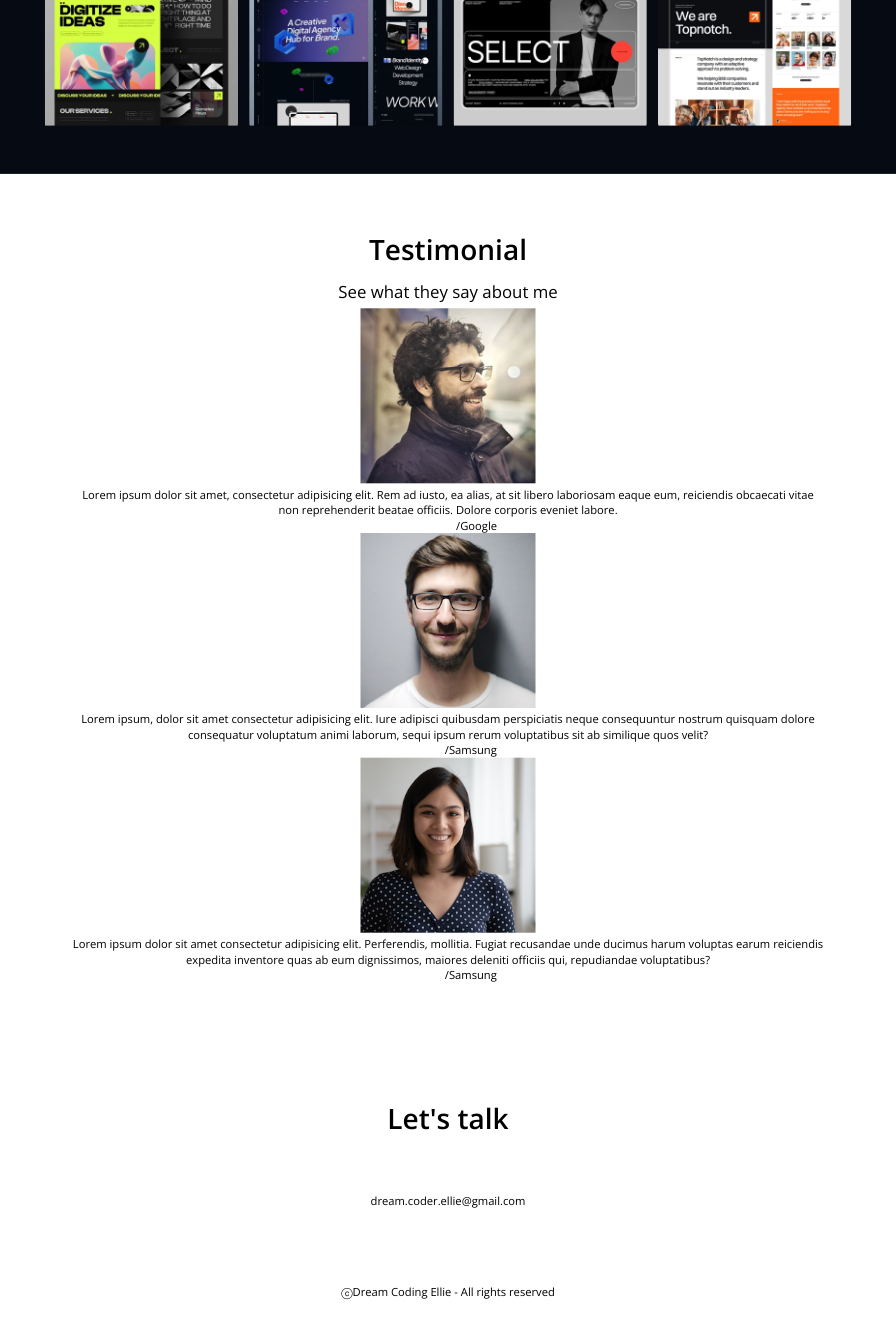
Repository: eggmoon/eggmoon_new
Page: index.html
An editor plug-in stored every save of this project. The page is shown before and after the next save, followed by the edit.
The browser window is 1280 px wide. The pictures show the part of the page from y = 2769 to 4689 px (the page is 4689 px tall before and 4561 px after), at 70% of full size.
Some web libraries are served in a nearby version.

Above is the page before, as saved 2025-02-26 14:55:37.

After the next save:
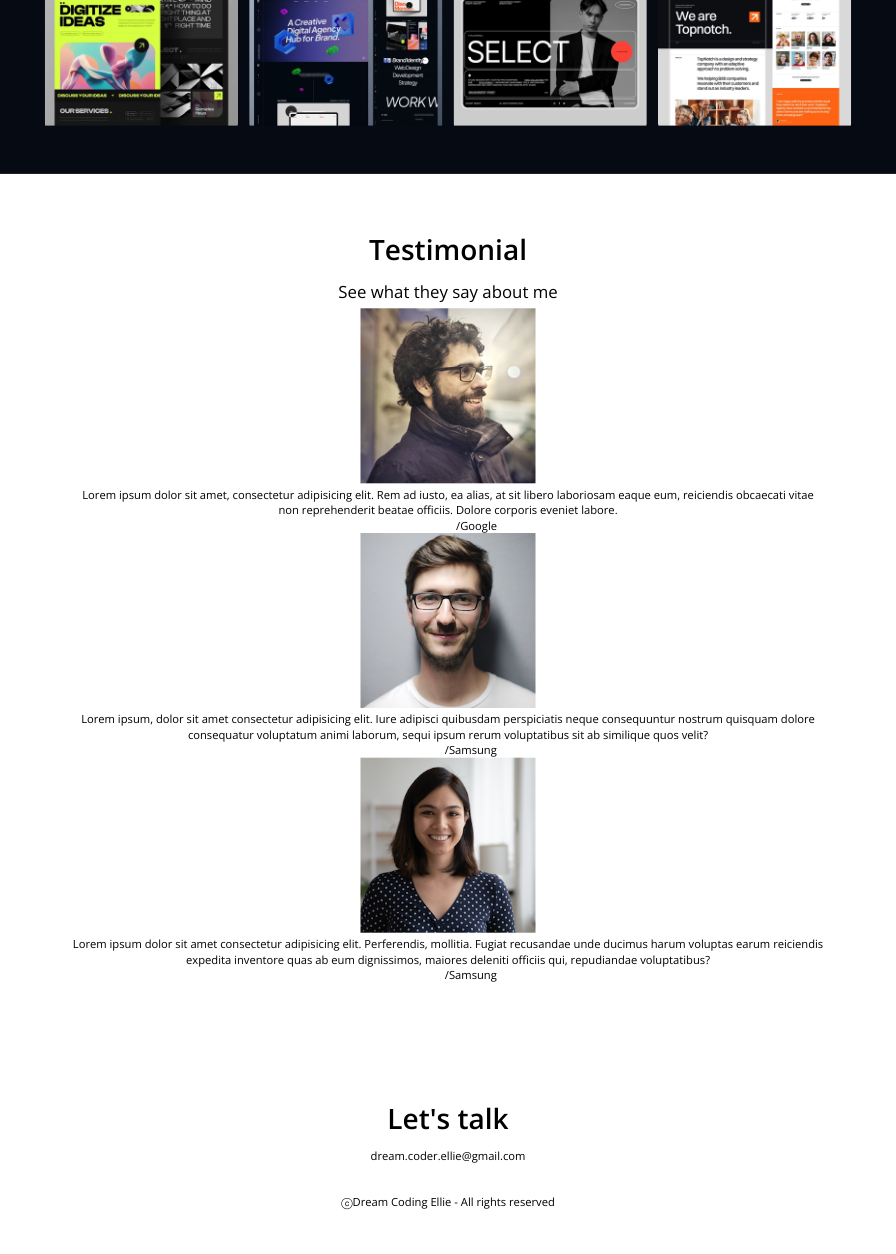
Saved 11 s later.
--- a/index.html
+++ b/index.html
@@ -277,7 +277,7 @@
           <li class=".testimonial">
             <img src="images/testimonials/people2.webp" alt="people2" class="testimonial__img" />
             <div class="testimonial__bubble">
-              <p >
+              <p class="testimonial__bubble__name">
                 Lorem ipsum, dolor sit amet consectetur adipisicing elit. Iure
                 adipisci quibusdam perspiciatis neque consequuntur nostrum
                 quisquam dolore consequatur voluptatum animi laborum, sequi
@@ -289,14 +289,14 @@
           <li class=".testimonial">
             <img src="images/testimonials/people3.webp" alt="people3" class="testimonial__img" />
             <div class="testimonial__bubble">
-              <p >
+              <p class="testimonial__bubble__name">
                 Lorem ipsum dolor sit amet consectetur adipisicing elit.
                 Perferendis, mollitia. Fugiat recusandae unde ducimus harum
                 voluptas earum reiciendis expedita inventore quas ab eum
                 dignissimos, maiores deleniti officiis qui, repudiandae
                 voluptatibus?
               </p>
-              <p ><a href="#">Anna Jin</a> /Samsung</p>
+              <p class="testimonial__bubble__name"><a href="#">Anna Jin</a> /Samsung</p>
             </div>
           </li>
         </ul>
@@ -311,7 +311,7 @@
     <!-- Footer -->
     <footer id="contact" class="section">
       <h2 class="title">Let&#39;s talk</h2>
-      <p  class="section">dream.coder.ellie@gmail.com</p>
+      <p class="testimonial__bubble__name" class="section">dream.coder.ellie@gmail.com</p>
       <ul>
         <li>
           <a
@@ -332,7 +332,7 @@
           </a>
         </li>
       </ul>
-      <p >ⓒDream Coding Ellie - All rights reserved</p>
+      <p class="testimonial__bubble__name">ⓒDream Coding Ellie - All rights reserved</p>
     </footer>
   </body>
 </html>
